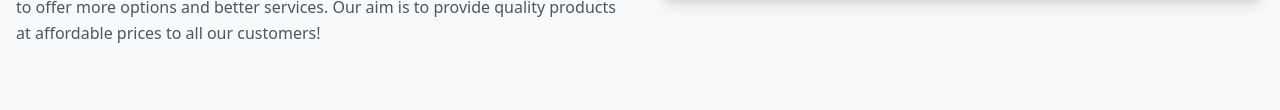
Repository: faryalsaleem50/greencare-cannabis
Page: about.html
These files come from the project's save history. The page is drawn as it stood at one moment and after a run of saves; the edit follows.
The browser window is 1280 px wide. The pictures show the part of the page from y = 894 to 1560 px (the page is 1004 px tall before and 1560 px after).
Some web libraries are served in a nearby version.

Above is the page before, as saved 2026-02-10 23:09:21.

After the next 5 saves:
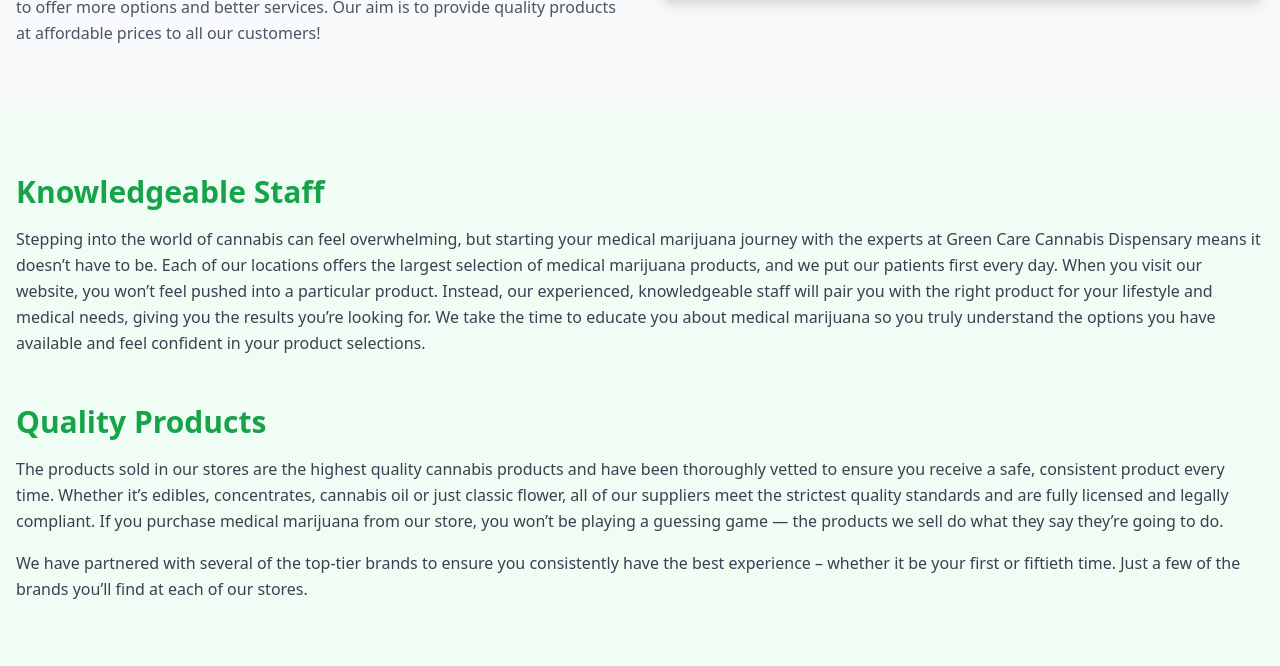
The 5 saves are shown as one change because they came seconds apart.
The last was saved 2 min 53 s later.
--- a/about.html
+++ b/about.html
@@ -134,7 +134,6 @@
       </div>
 
       <!-- Right: Image -->
-     <!-- Right: Image (smaller size) -->
 <div class="md:w-1/2">
   <img
     src="https://www.greencarecannabisdispensary.com/wp-content/uploads/2024/06/pecos-valley-production-marijuana-cultivation-30-576x1024-1.webp"
@@ -142,10 +141,37 @@
     class="w-full max-h-96 object-cover rounded-lg shadow-lg"
   />
 </div>
-
     </div>
   </div>
 </section>
+
+<section class="w-full bg-green-50 py-16">
+  <div class="container mx-auto px-4">
+    <!-- Knowledgeable Staff -->
+    <div class="mb-12">
+      <h2 class="text-3xl font-bold text-green-600 mb-4">
+        Knowledgeable Staff
+      </h2>
+      <p class="text-gray-700 leading-relaxed">
+        Stepping into the world of cannabis can feel overwhelming, but starting your medical marijuana journey with the experts at Green Care Cannabis Dispensary means it doesn’t have to be. Each of our locations offers the largest selection of medical marijuana products, and we put our patients first every day. When you visit our website, you won’t feel pushed into a particular product. Instead, our experienced, knowledgeable staff will pair you with the right product for your lifestyle and medical needs, giving you the results you’re looking for. We take the time to educate you about medical marijuana so you truly understand the options you have available and feel confident in your product selections.
+      </p>
+    </div>
+
+    <!-- Quality Products -->
+    <div>
+      <h2 class="text-3xl font-bold text-green-600 mb-4">
+        Quality Products
+      </h2>
+      <p class="text-gray-700 leading-relaxed mb-4">
+        The products sold in our stores are the highest quality cannabis products and have been thoroughly vetted to ensure you receive a safe, consistent product every time. Whether it’s edibles, concentrates, cannabis oil or just classic flower, all of our suppliers meet the strictest quality standards and are fully licensed and legally compliant. If you purchase medical marijuana from our store, you won’t be playing a guessing game — the products we sell do what they say they’re going to do.
+      </p>
+      <p class="text-gray-700 leading-relaxed">
+        We have partnered with several of the top-tier brands to ensure you consistently have the best experience – whether it be your first or fiftieth time. Just a few of the brands you’ll find at each of our stores.
+      </p>
+    </div>
+  </div>
+</section>
+
 
 
 
